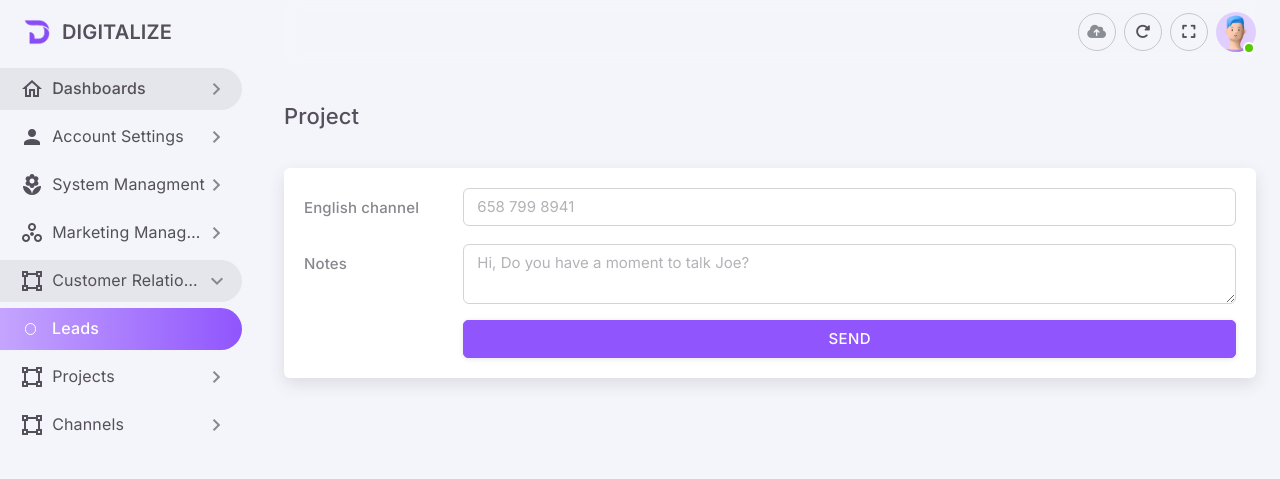
Repository: FadyFathey/sales-crm
Page: html/add-channel.html
An editor plug-in stored every save of this project. The page is shown before and after the next save, followed by the edit.
The browser window is 1280 px wide. The pictures show the whole page.
Some icons come from a web library that is not loaded, so they are not drawn. Some web libraries are served in a nearby version.

Above is the page before, as saved 2024-10-10 13:52:08.
Console error: ReferenceError: d3 is not defined

After the next save:
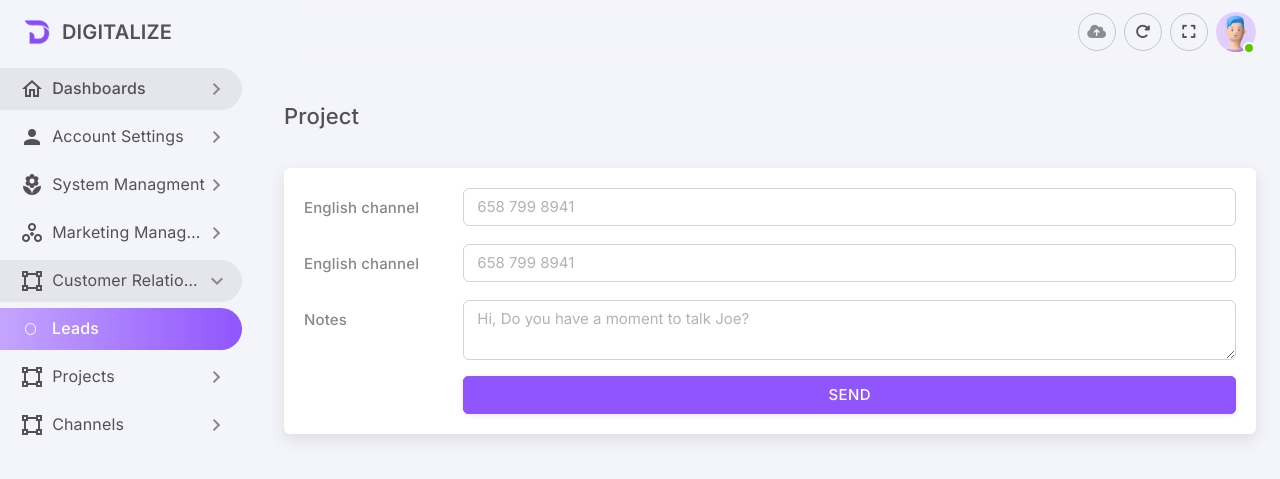
Saved 11 s later.
--- a/html/add-channel.html
+++ b/html/add-channel.html
@@ -349,6 +349,16 @@
                                                 </div>
                                             </div>
                                             <div class="row mb-3">
+                                                <label class="col-sm-2 col-form-label" for="basic-default-phone">
+                                                    English channel</label>
+                                                <div class="col-sm-10">
+                                                    <input type="text" id="basic-default-phone"
+                                                        class="form-control phone-mask" placeholder="658 799 8941"
+                                                        aria-label="658 799 8941"
+                                                        aria-describedby="basic-default-phone" />
+                                                </div>
+                                            </div>
+                                            <div class="row mb-3">
                                                 <label class="col-sm-2 col-form-label"
                                                     for="basic-default-message">Notes</label>
                                                 <div class="col-sm-10">
